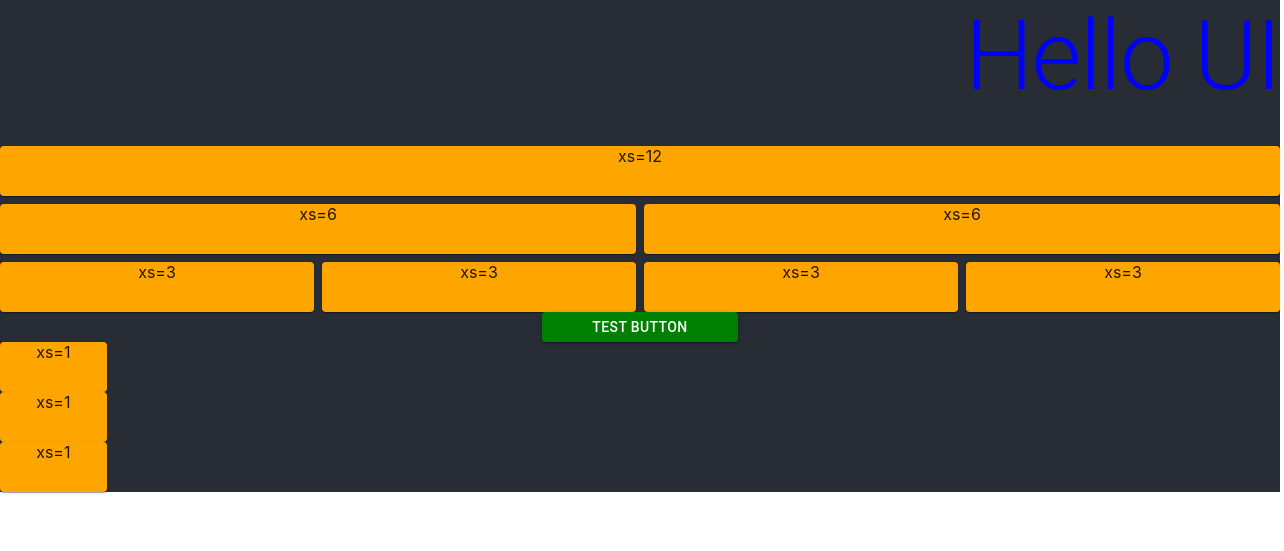
Repository: ShunsukeTanizaki/COVID19-Live
Page: /
An editor plug-in stored every save of this project. The page is shown before and after the next save, followed by the edit.
The browser window is 1280 px wide. The page is 1284 px wide, so the pictures cover 1284 px, including what lies to the right of the window. The pictures show the whole page.
The project was rebuilt for these pictures with package versions that can differ from the ones it lists, and the page was loaded fresh each time.

Above is the page before, as saved 2020-11-07 23:46:28.

### src/App.tsx
import React from "react";
// import logo from "./logo.svg";
import "./App.css";
import LinePlot from "./components/LinePlot";
import PiePlot from "./components/PiePlot";
import BarPlot from "./components/BarPlot";
import RaderPlot from "./components/RaderPlot";
import BubblePlot from "./components/BubblePlot";
import MaterialUI from "./components/MaterialUI ";

function App() {
    return (
        <div className="App">
            {/* <LinePlot />
            <PiePlot />
            <BarPlot />
            <RaderPlot />
            <BubblePlot /> */}

            <MaterialUI />
        </div>
    );
}

export default App;

### src/App.css
.App {
    background-color: #282c34;
    text-align: center;
}

.App-logo {
    height: 40vmin;
    pointer-events: none;
}

@media (prefers-reduced-motion: no-preference) {
    .App-logo {
        animation: App-logo-spin infinite 20s linear;
    }
}

.App-header {
    background-color: #282c34;
    min-height: 100vh;
    display: flex;
    flex-direction: column;
    align-items: center;
    justify-content: center;
    font-size: calc(10px + 2vmin);
    color: white;
}

.App-link {
    color: #61dafb;
}

@keyframes App-logo-spin {
    from {
        transform: rotate(0deg);
    }
    to {
        transform: rotate(360deg);
    }
}

### src/components/MaterialUI .tsx
import React from "react";
import { Button, makeStyles, Typography, Grid, Paper } from "@material-ui/core";

const useStyles = makeStyles({
    btnStyle: {
        background: "green",
        padding: "3px 50px"
    },
    typoStyle: {
        color: "blue"
    },
    paperStyle: {
        background: "orange",
        height: "50px"
    }
});

const MaterialUI: React.FC = () => {
    const classes = useStyles();
    return (
        <div>
            <Typography
                className={classes.typoStyle}
                color="secondary"
                variant="h1"
                align="right"
                gutterBottom
            >
                Hello UI
            </Typography>

            <Grid container spacing={1}>
                <Grid item xs={12}>
                    <Paper className={classes.paperStyle}>xs=12</Paper>
                </Grid>
                <Grid item xs={12} md={6}>
                    <Paper className={classes.paperStyle}>xs=6</Paper>
                </Grid>
                <Grid item xs={12} md={6}>
                    <Paper className={classes.paperStyle}>xs=6</Paper>
                </Grid>
                <Grid item xs={6} md={3}>
                    <Paper className={classes.paperStyle}>xs=3</Paper>
                </Grid>
                <Grid item xs={6} md={3}>
                    <Paper className={classes.paperStyle}>xs=3</Paper>
                </Grid>
                <Grid item xs={6} md={3}>
                    <Paper className={classes.paperStyle}>xs=3</Paper>
                </Grid>
                <Grid item xs={6} md={3}>
                    <Paper className={classes.paperStyle}>xs=3</Paper>
                </Grid>
            </Grid>

            <Button
                className={classes.btnStyle}
                variant="contained"
                color="primary"
            >
                test Button
            </Button>

            <Grid
                containerdirection="column"
                justify="flex-start"
                alignItems="flex-end"
                spacing={1}
            >
                <Grid item xs={1}>
                    <Paper className={classes.paperStyle}>xs=1</Paper>
                </Grid>
                <Grid item xs={1}>
                    <Paper className={classes.paperStyle}>xs=1</Paper>
                </Grid>
                <Grid item xs={1}>
                    <Paper className={classes.paperStyle}>xs=1</Paper>
                </Grid>
            </Grid>
        </div>
    );
};

export default MaterialUI;

Loaded but not shown: public/index.html (common file); src/index.tsx (common file); src/index.css (common file); src/reportWebVitals.ts (common file)

After the next save:
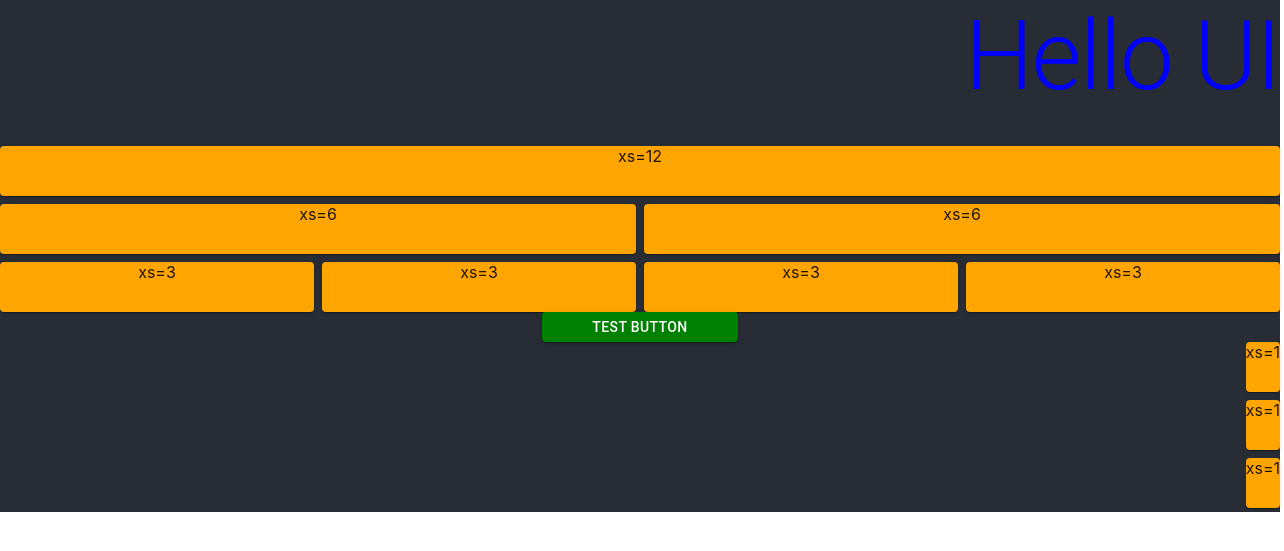
Saved 16 s later.
--- a/src/components/MaterialUI .tsx
+++ b/src/components/MaterialUI .tsx
@@ -62,7 +62,8 @@ const MaterialUI: React.FC = () => {
             </Button>
 
             <Grid
-                containerdirection="column"
+                container
+                direction="column"
                 justify="flex-start"
                 alignItems="flex-end"
                 spacing={1}
